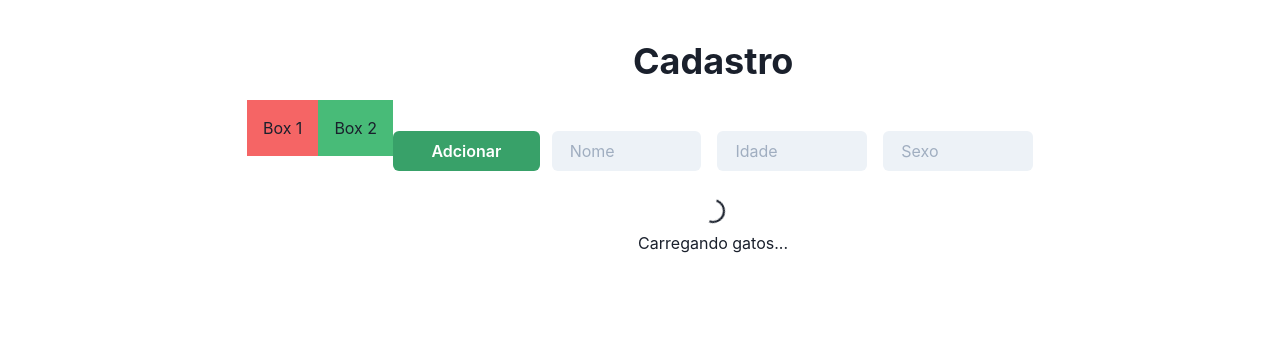
Repository: thislucasme/front-end-cats-react.js
Page: /cadastro
The author's editor kept a copy of each file at every save. The page is drawn from the files as they stood at one save, then again after the next save.
The browser window is 1280 px wide. The pictures show the whole page.
The page's requests for data from a server got no answer. The project was rebuilt for these pictures with package versions that can differ from the ones it lists, and the page was loaded fresh each time. No one was signed in, and anything a server would have sent is missing.

Above is the page before, as saved 2021-10-27 15:50:26.

After the next save:
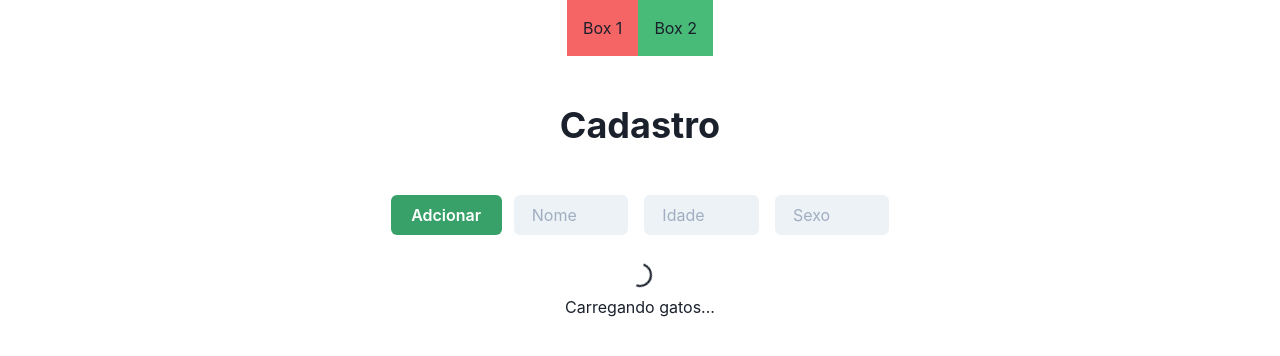
Saved 40 s later.
--- a/src/pages/cadastro.gatos.tsx
+++ b/src/pages/cadastro.gatos.tsx
@@ -41,17 +41,19 @@ export const Cadastro = () => {
 
 	return (
 		<Center>
-			<Menu />
-			<VStack w="50%">
-				<Heading my={10}>Cadastro</Heading>
-				<Flex w="full" mt={5}>
-					<Button mr={3} w="full" colorScheme="green" onClick={() => { salvar() }}>Adcionar</Button>
-					<Input valule={nome} onChange={(e) => { setNome(e.target.value) }} variant="filled" placeholder="Nome" />
-					<Input valule={idade} onChange={(e) => { setIdade(e.target.value) }} ml={4} variant="filled" placeholder="Idade" />
-					<Input valule={sexo} onChange={(e) => { setSexo(e.target.value) }} ml={4} variant="filled" placeholder="Sexo" />
-				</Flex>
+			<VStack>
+				<Menu />
+				<VStack w="50%">
+					<Heading my={10}>Cadastro</Heading>
+					<Flex w="full" mt={5}>
+						<Button mr={3} w="full" colorScheme="green" onClick={() => { salvar() }}>Adcionar</Button>
+						<Input valule={nome} onChange={(e) => { setNome(e.target.value) }} variant="filled" placeholder="Nome" />
+						<Input valule={idade} onChange={(e) => { setIdade(e.target.value) }} ml={4} variant="filled" placeholder="Idade" />
+						<Input valule={sexo} onChange={(e) => { setSexo(e.target.value) }} ml={4} variant="filled" placeholder="Sexo" />
+					</Flex>
 
-				<Lista gatos={data} onDelete={onDeleteGato} error={error} />
+					<Lista gatos={data} onDelete={onDeleteGato} error={error} />
+				</VStack>
 			</VStack>
 		</Center>
 	);
